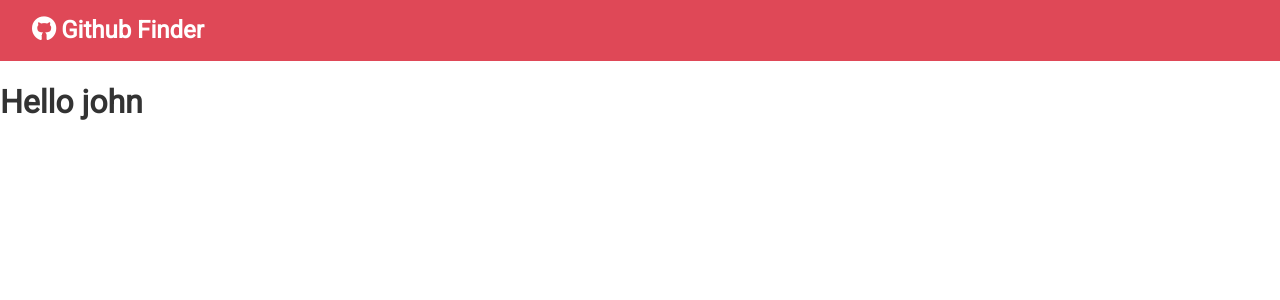
Repository: guicattani/fluffy-tribble-finder
Page: /
These files come from the project's save history. The page is drawn as it stood at one moment and after the next save; the edit follows.
The browser window is 1280 px wide. The pictures show the whole page.
Some web libraries are served in a nearby version. The project was rebuilt for these pictures with package versions that can differ from the ones it lists, and the page was loaded fresh each time.

Above is the page before, as saved 2020-02-26 16:06:15.

After the next save:
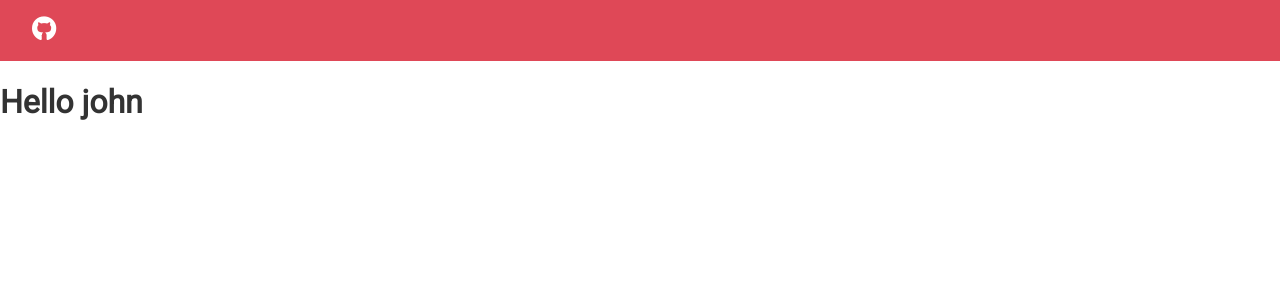
Saved 34 min 2 s later.
--- a/src/components/layout/Navbar.js
+++ b/src/components/layout/Navbar.js
@@ -3,7 +3,6 @@
 
 export class Navbar extends Component {
   static defaultProps = {
-    title: 'Github Finder',
     icon: 'fab fa-github'
   };
 

After the save that followed:
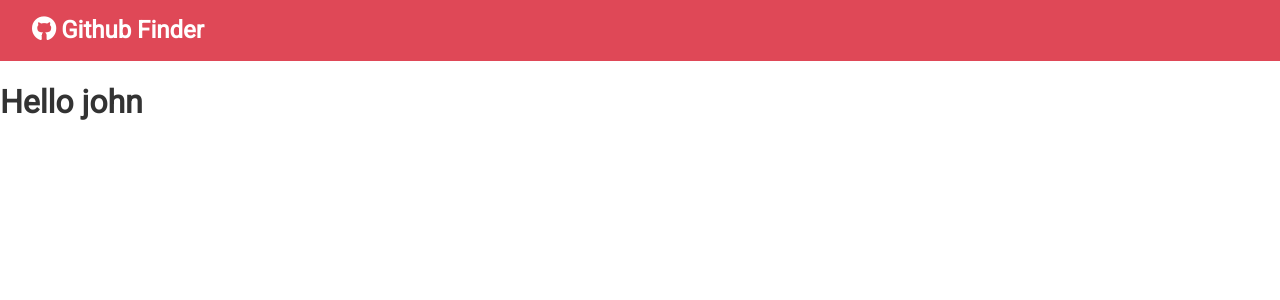
Saved 2 min 6 s later.
--- a/src/components/layout/Navbar.js
+++ b/src/components/layout/Navbar.js
@@ -3,6 +3,7 @@
 
 export class Navbar extends Component {
   static defaultProps = {
+    title: 'Github Finder',
     icon: 'fab fa-github'
   };
 
